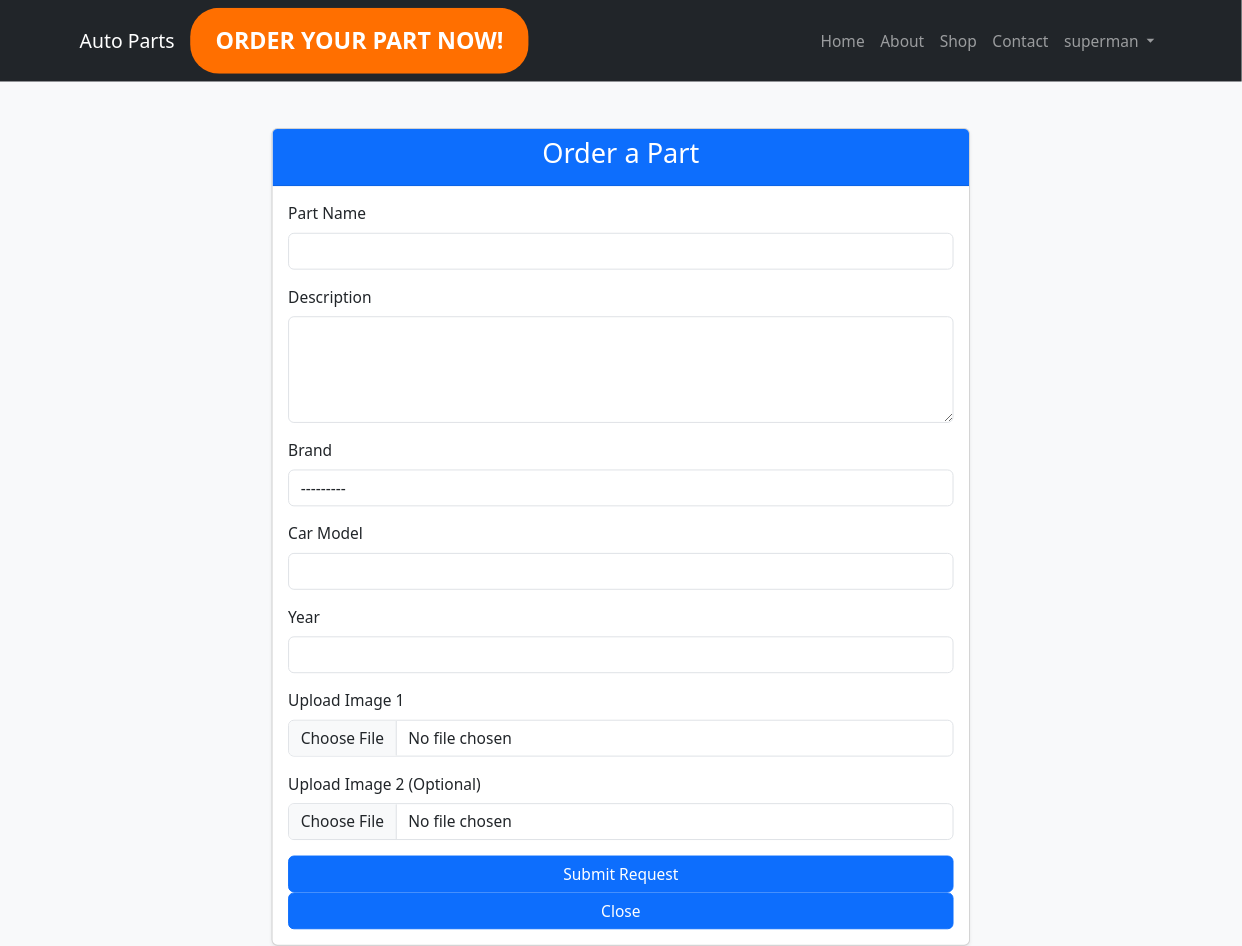
Repository: Jijiluzana225/onlineparts
Page: http://localhost/order/
These files come from the project's save history. The page is drawn as it stood at one moment and after the next save; the edit follows.
The browser window is 1280 px wide. The pictures show the whole page, at 97% of full size.
The page is served by the project's application, run on Django 5.2 (manage.py). The first stored user is signed in. Other server files are loaded and not shown. The page reads the database file committed with the project.

Above is the page before, as saved 2025-02-19 13:32:20.

### orders/templates/orders/order_part.html
{% extends 'orders/landing.html' %}


{% block content %}
<div class="container mt-5">
    <div class="row justify-content-center">
        <div class="col-md-8">
            <div class="card shadow-sm">
                <div class="card-header bg-primary text-white">
                    <h3 class="text-center">Order a Part</h3>
                </div>
                <div class="card-body">
                    <form method="post" enctype="multipart/form-data">
                        {% csrf_token %}

                        <div class="mb-3">
                            <label class="form-label">Part Name</label>
                            {{ form.part_name }}
                        </div>

                        <div class="mb-3">
                            <label class="form-label">Description</label>
                            {{ form.description }}
                        </div>

                        <div class="mb-3">
                            <label class="form-label">Brand</label>
                            {{ form.brand }}
                        </div>

                        <div class="mb-3">
                            <label class="form-label">Car Model</label>
                            {{ form.car_model }}
                        </div>

                        <div class="mb-3">
                            <label class="form-label">Year</label>
                            {{ form.year }}
                        </div>

                        <div class="mb-3">
                            <label class="form-label">Upload Image 1</label>
                            {{ form.image1 }}
                        </div>

                        <div class="mb-3">
                            <label class="form-label">Upload Image 2 (Optional)</label>
                            {{ form.image2 }}
                        </div>

                        <button type="submit" class="btn btn-primary w-100">Submit Request</button>
                        <button type="submit" class="btn btn-primary w-100">Close</button>
                    </form>
                </div>
            </div>
        </div>
    </div>
</div>
{% endblock %}

### orders/templates/orders/landing.html
<!DOCTYPE html>
<html lang="en">
<head>
    <meta charset="UTF-8">
    <meta name="viewport" content="width=device-width, initial-scale=1">
    <title>{% block title %}Landing Page{% endblock %}</title>
    <link href="https://cdn.jsdelivr.net/npm/bootstrap@5.3.0/dist/css/bootstrap.min.css" rel="stylesheet">
    <style>
        body {
            background-color: #f8f9fa;
        }
        .hero {
            height: 80vh;
            display: flex;
            align-items: center;
            justify-content: center;
            text-align: center;
            background: url('https://source.unsplash.com/1600x900/?car,parts') no-repeat center center/cover;
            color: white;
            position: relative;
        }
        .hero-overlay {
            background: black;
            padding: 50px;
            border-radius: 10px;
        }
        .btn-custom {
            background-color: #ff6f00;
            color: white;
            border-radius: 30px;
            padding: 15px 25px;
            font-size: 1.5rem;
            font-weight: bold;
            text-transform: uppercase;
            transition: background 0.3s ease;
        }
        .btn-custom:hover {
            background-color: #e65c00;
        }
    </style>
    {% block extra_css %}{% endblock %}
</head>
<body>

<!-- Navbar -->
<nav class="navbar navbar-expand-lg navbar-dark bg-dark">
    <div class="container">
        <a class="navbar-brand" href="{% url 'home' %}">Auto Parts</a>
        <a href="{% url 'order_part' %}" class="btn btn-custom">Order Your Part Now!</a>
        <button class="navbar-toggler" type="button" data-bs-toggle="collapse" data-bs-target="#navbarNav">
            <span class="navbar-toggler-icon"></span>
        </button>
        <div class="collapse navbar-collapse" id="navbarNav">
            <ul class="navbar-nav ms-auto">
                <li class="nav-item"><a class="nav-link" href="{% url 'home' %}">Home</a></li>
                <li class="nav-item"><a class="nav-link" href="#">About</a></li>
                <li class="nav-item"><a class="nav-link" href="#">Shop</a></li>
                <li class="nav-item"><a class="nav-link" href="#">Contact</a></li>

                {% if user.is_authenticated %}
                    <li class="nav-item dropdown">
                        <a class="nav-link dropdown-toggle" href="#" id="userDropdown" role="button" data-bs-toggle="dropdown">
                            {{ user.username }}
                        </a>
                        <ul class="dropdown-menu">
                            <li><a class="dropdown-item" href="{% url 'profile_update' %}">Profile</a></li>
                            <li>
                                <form method="post" action="{% url 'logout' %}">
                                    {% csrf_token %}
                                    <button type="submit" class="dropdown-item">Logout</button>
                                </form>
                            </li>
                        </ul>
                    </li>
                {% else %}
                    <li class="nav-item"><a class="nav-link btn btn-secondary" href="{% url 'register' %}">Sign Up</a></li>
                {% endif %}
            </ul>
        </div>
    </div>
</nav>

<!-- Hero Section -->
{% comment %} <div class="hero">
    <div class="hero-overlay">
        <h1 class="mb-4">Request Your Auto Parts Here!</h1>
        <a href="{% url 'order_part' %}" class="btn btn-custom">Order Your Part Now!</a>
    </div>
</div> {% endcomment %}

<!-- Main Content -->
<main class="container mt-4">
    {% block content %}
    {% endblock %}
</main>

<!-- Bootstrap JS -->
<script src="https://cdn.jsdelivr.net/npm/bootstrap@5.3.0/dist/js/bootstrap.bundle.min.js"></script>
{% block extra_js %}{% endblock %}
</body>
</html>

### orders/forms.py
from django import forms
from django.contrib.auth.forms import UserCreationForm
from .models import Customer

class CustomerRegistrationForm(UserCreationForm):
    is_store = forms.BooleanField(
        required=False,
        widget=forms.CheckboxInput(attrs={'class': 'form-check-input'}),
        label="Register as a Store"
    )
    phone_number = forms.CharField(
        max_length=15,
        widget=forms.TextInput(attrs={'class': 'form-control', 'placeholder': 'Enter phone number'}),
        label="Phone Number"
    )
    address = forms.CharField(
        widget=forms.Textarea(attrs={'class': 'form-control', 'rows': 3, 'placeholder': 'Enter your Complete address'}),
        required=False,
        label="Complete Address"
    )

    class Meta:
        model = Customer
        fields = ['is_store','username', 'password1', 'password2', 'completename', 'email', 'phone_number', 'address']

        labels = {
            'completename': 'Full Name / Store Name',
            'email': 'Email',
            'address': 'Complete Address',
        }
        widgets = {
            'username': forms.TextInput(attrs={'class': 'form-control', 'placeholder': 'Enter username'}),
            'password1': forms.PasswordInput(attrs={
                'class': 'form-control',
                'placeholder': 'Enter password',
                'autocomplete': 'new-password',
                'minlength': '8'
            }),
            'password2': forms.PasswordInput(attrs={
                'class': 'form-control',
                'placeholder': 'Confirm password',
                'autocomplete': 'new-password',
                'minlength': '8'
            }),
            'completename': forms.TextInput(attrs={'class': 'form-control', 'placeholder': 'Enter full name'}),
            'email': forms.EmailInput(attrs={'class': 'form-control', 'placeholder': 'Enter email'}),
        }


from django import forms
from .models import Customer

class CustomerUpdateForm(forms.ModelForm):
    is_store = forms.BooleanField(
        required=False,
        widget=forms.CheckboxInput(attrs={'class': 'form-check-input'}),
        label="Register as a Store"
    )
    class Meta:
        model = Customer
        fields = ["is_store", "completename", "phone_number", "address"]
        labels = {
            'completename': 'Full Name / Store Name',
            'email': 'Email',
            'address': 'Complete Address',
        }
        widgets = {
            "completename": forms.TextInput(attrs={"class": "form-control"}),
            "phone_number": forms.TextInput(attrs={"class": "form-control"}),
            "address": forms.Textarea(attrs={"class": "form-control", "rows": 3}),
        }




from django import forms
from .models import PartRequest

class PartRequestForm(forms.ModelForm):
    class Meta:
        model = PartRequest
        fields = ["part_name", "description", "image1", "image2", "brand", "year", "car_model"]
        widgets = {
            "description": forms.Textarea(attrs={"class": "form-control", "rows": 4}),
            "brand": forms.Select(attrs={"class": "form-control"}),
            "year": forms.NumberInput(attrs={"class": "form-control", "min": 1900, "max": 2100}),
            "car_model": forms.TextInput(attrs={"class": "form-control"}),
            "part_name": forms.TextInput(attrs={"class": "form-control"}),
        }

    image1 = forms.ImageField(required=True, widget=forms.FileInput(attrs={"class": "form-control"}))
    image2 = forms.ImageField(required=False, widget=forms.FileInput(attrs={"class": "form-control"}))

### orders/models.py
from django.contrib.auth.models import AbstractUser
from django.db import models
from django.contrib.auth.models import User
from django.conf import settings


class Customer(AbstractUser):
    completename = models.CharField(max_length=250 )
    phone_number = models.CharField(max_length=50 )
    address = models.TextField(blank=True, null=True)
    is_store = models.BooleanField(default=False)





    groups = models.ManyToManyField(
        "auth.Group",
        related_name="customer_users",  # Custom related name to avoid conflicts
        blank=True
    )
    user_permissions = models.ManyToManyField(
        "auth.Permission",
        related_name="customer_users_permissions",  # Custom related name
        blank=True
    )

    def __str__(self):
        return self.username

BRAND_CHOICES = [
    ("Toyota", "Toyota"),
    ("Mitsubishi", "Mitsubishi"),
    ("Honda", "Honda"),
    ("Nissan", "Nissan"),
    ("Ford", "Ford"),
    ("Isuzu", "Isuzu"),
    ("Hyundai", "Hyundai"),
    ("Kia", "Kia"),
    ("Chevrolet", "Chevrolet"),
    ("Suzuki", "Suzuki"),
    ("Daihatsu", "Daihatsu"),
    ("Mazda", "Mazda"),
    ("Subaru", "Subaru"),
    ("Fuso", "Fuso"),
    ("Hino", "Hino"),
    ("Tata", "Tata"),
    ("MAN", "MAN"),
    ("Scania", "Scania"),
    ("Volkswagen", "Volkswagen"),
    ("Chery", "Chery"),
    ("Foton", "Foton"),
    ("JAC", "JAC"),
    ("Dongfeng", "Dongfeng"),
    ("Changan", "Changan"),
    ("Geely", "Geely"),
    ("MG", "MG"),
    ("BYD", "BYD"),
    ("BAIC", "BAIC"),
    ("GAC", "GAC"),
    ("Maxus", "Maxus"),
]


# Part Request Model
class PartRequest(models.Model):
    orderdate = models.DateTimeField(auto_now=True)
    user = models.ForeignKey(settings.AUTH_USER_MODEL, on_delete=models.CASCADE)
    part_name = models.CharField(max_length=255)
    description = models.TextField()
    image1 = models.ImageField(upload_to="part_images/")
    image2 = models.ImageField(upload_to="part_images/")
    brand = models.CharField(max_length=255, choices=BRAND_CHOICES)
    year = models.PositiveIntegerField()
    car_model = models.CharField(max_length=255)
    created_at = models.DateTimeField(auto_now_add=True)

    def __str__(self):
        return f"{self.part_name} ({self.brand} - {self.car_model})"

### orders/views.py
from django.shortcuts import render, redirect
from .forms import CustomerRegistrationForm
from django.shortcuts import render, redirect
from django.contrib.auth import login, authenticate
from django.contrib.auth.forms import UserCreationForm

def register_view(request):
    if request.method == "POST":
        form = UserCreationForm(request.POST)
        if form.is_valid():
            user = form.save()  # Create the user
            username = form.cleaned_data.get("username")
            password = form.cleaned_data.get("password1")
            user = authenticate(username=username, password=password)  # Authenticate
            if user is not None:
                login(request, user)  # Auto-login user
                return redirect("landing")  # Redirect to landing page
    else:
        form = UserCreationForm()

    return render(request, "orders/register.html", {"form": form})


def landing_page(request):
    return render(request, 'orders/landing.html')



from django.shortcuts import render, redirect
from django.contrib.auth.decorators import login_required
from .forms import CustomerUpdateForm

@login_required
def profile_update_view(request):
    user = request.user
    if request.method == "POST":
        form = CustomerUpdateForm(request.POST, instance=user)
        if form.is_valid():
            form.save()
            return redirect("home")  # Stay on profile page after saving
    else:
        form = CustomerUpdateForm(instance=user)

    return render(request, "orders/profile_update.html", {"form": form})



from django.shortcuts import render, redirect
from django.contrib.auth.decorators import login_required
from .forms import PartRequestForm

@login_required
def order_part_view(request):
    if request.method == "POST":
        form = PartRequestForm(request.POST, request.FILES)
        if form.is_valid():
            part_request = form.save(commit=False)
            part_request.user = request.user
            part_request.save()
            return redirect("order_success")  # Redirect to a success page
    else:
        form = PartRequestForm()

    return render(request, "orders/order_part.html", {"form": form})


def order_success(request):
    return render(request, "orders/order_success.html")

### Onlinespareparts/urls.py
from django.contrib import admin
from django.urls import path, include
from django.conf import settings
from django.conf.urls.static import static

urlpatterns = [
    path('admin/', admin.site.urls),
    path('', include('orders.urls')),
]

urlpatterns += static(settings.MEDIA_URL, document_root=settings.MEDIA_ROOT)

### orders/urls.py
from django.urls import path
from .views import *
from django.contrib.auth import views as auth_views


urlpatterns = [
    path('register/', register_view, name='register'),
    path('login/', auth_views.LoginView.as_view(template_name='orders/login.html'), name='login'),
    path('logout/', auth_views.LogoutView.as_view(next_page='login'), name='logout'),
    path('', landing_page, name='home'),  # This makes the landing page accessible at "/"
    path('profile/update/', profile_update_view, name='profile_update'),
    path("order/", order_part_view, name="order_part"),
]

### db.sqlite3 (the tables this page reads, as SQL)
CREATE TABLE "orders_customer" ("id" integer NOT NULL PRIMARY KEY AUTOINCREMENT, "password" varchar(128) NOT NULL, "last_login" datetime NULL, "is_superuser" bool NOT NULL, "username" varchar(150) NOT NULL UNIQUE, "first_name" varchar(150) NOT NULL, "last_name" varchar(150) NOT NULL, "email" varchar(254) NOT NULL, "is_staff" bool NOT NULL, "is_active" bool NOT NULL, "date_joined" datetime NOT NULL, "address" text NULL, "completename" varchar(250) NOT NULL, "is_store" bool NOT NULL, "phone_number" varchar(50) NOT NULL);
INSERT INTO "orders_customer" VALUES
(1, 'pbkdf2_sha256$870000$VHQkwlPfUP1SNa0vBYsA7k$xsI35DDTdhc7H3JwGuztpMY/AAeYScYKnnqDLhE/+0g=', '2025-02-19 02:28:15.167806', 0, 'superman', '', '', '', 0, 1, '2025-02-19 02:28:10.405698', 'indahag, cagayan de oro city
phase1, sitio bato', 'Virgilio Luzana', 0, '09177043781'),
(2, 'pbkdf2_sha256$870000$GhjSe6JSIdMJIwcGOd7stu$XxR9+I6HrKTBmuHSeI9PfhQ2XuxXIJ+ORDY020h+u8U=', '2025-02-19 08:37:37.557177', 1, 'jiji', '', '', 'avs@yaho.com', 1, 1, '2025-02-19 02:37:26.988108', NULL, '', 0, ''),
(3, 'pbkdf2_sha256$870000$lyKv2UQ69dKomsfcFp8UGi$PZ5e/sLGaO3Y0FBcV3+q1HIlxv7XmPYnS6bMstYYly8=', '2025-02-19 10:18:33.936735', 0, 'x', '', '', '', 0, 1, '2025-02-19 04:28:33.327759', 'indahag, cagayan de oro city
phase1, sitio bato', 'Virgilio Luzana', 1, '09177043782'),
(4, 'pbkdf2_sha256$870000$1Ue3r2T8hpDVj8mkZsli0o$5FlyLAhfa8jIHZZtGiX/8F64IjlzjU4ghlo7uPokTI0=', '2025-02-19 10:20:35.401779', 1, 'j3', '', '', '', 1, 1, '2025-02-19 04:36:55', 'indahag, cagayan de oro city
phase1, sitio bato', 'Cagayan de Oro Automotives', 1, '09177043781');

After the next save:
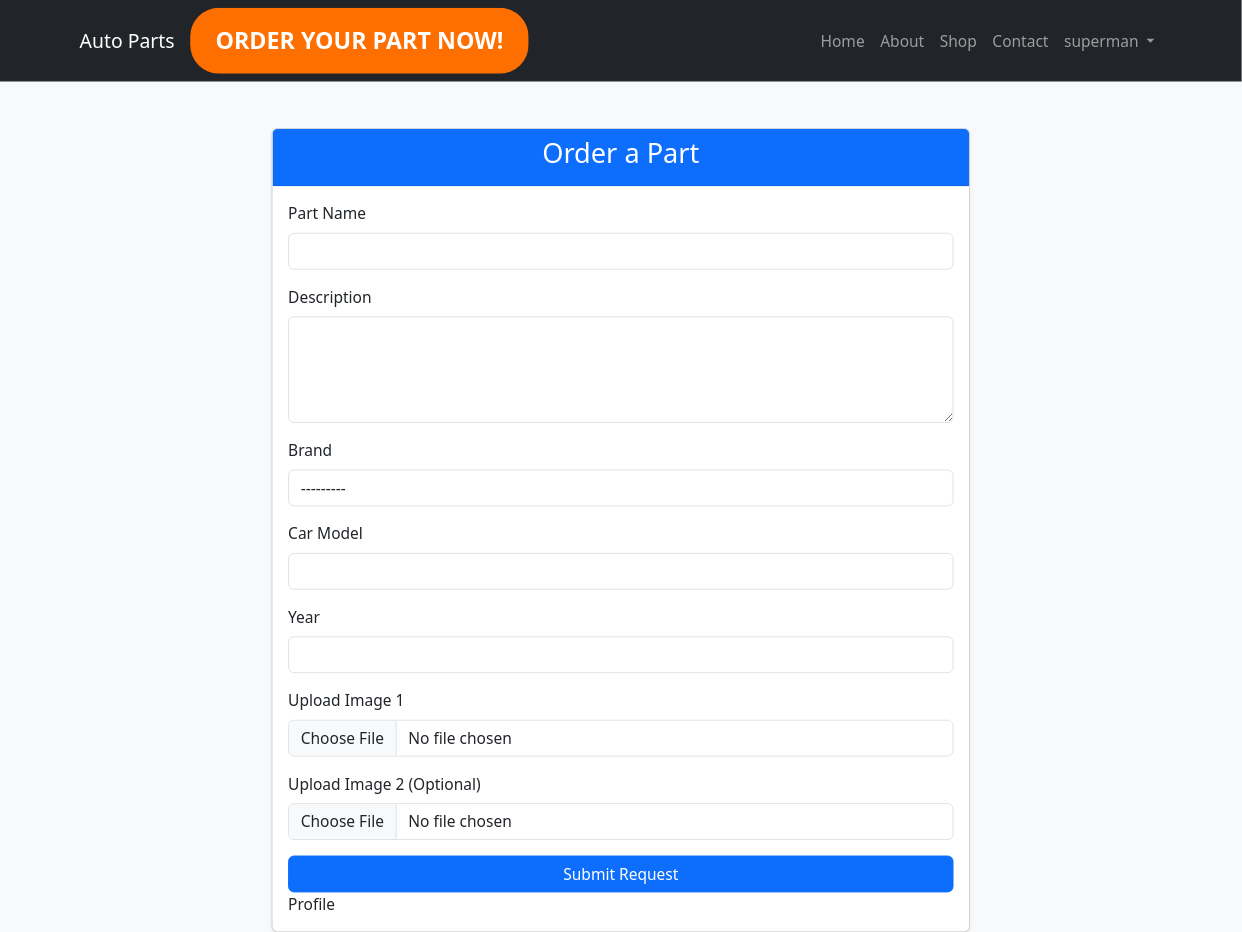
Saved 32 s later.
--- a/orders/templates/orders/order_part.html
+++ b/orders/templates/orders/order_part.html
@@ -49,7 +49,7 @@
                         </div>
 
                         <button type="submit" class="btn btn-primary w-100">Submit Request</button>
-                        <button type="submit" class="btn btn-primary w-100">Close</button>
+                        <a class="dropdown-item" href="{% url 'profile_update' %}">Profile</a>
                     </form>
                 </div>
             </div>
